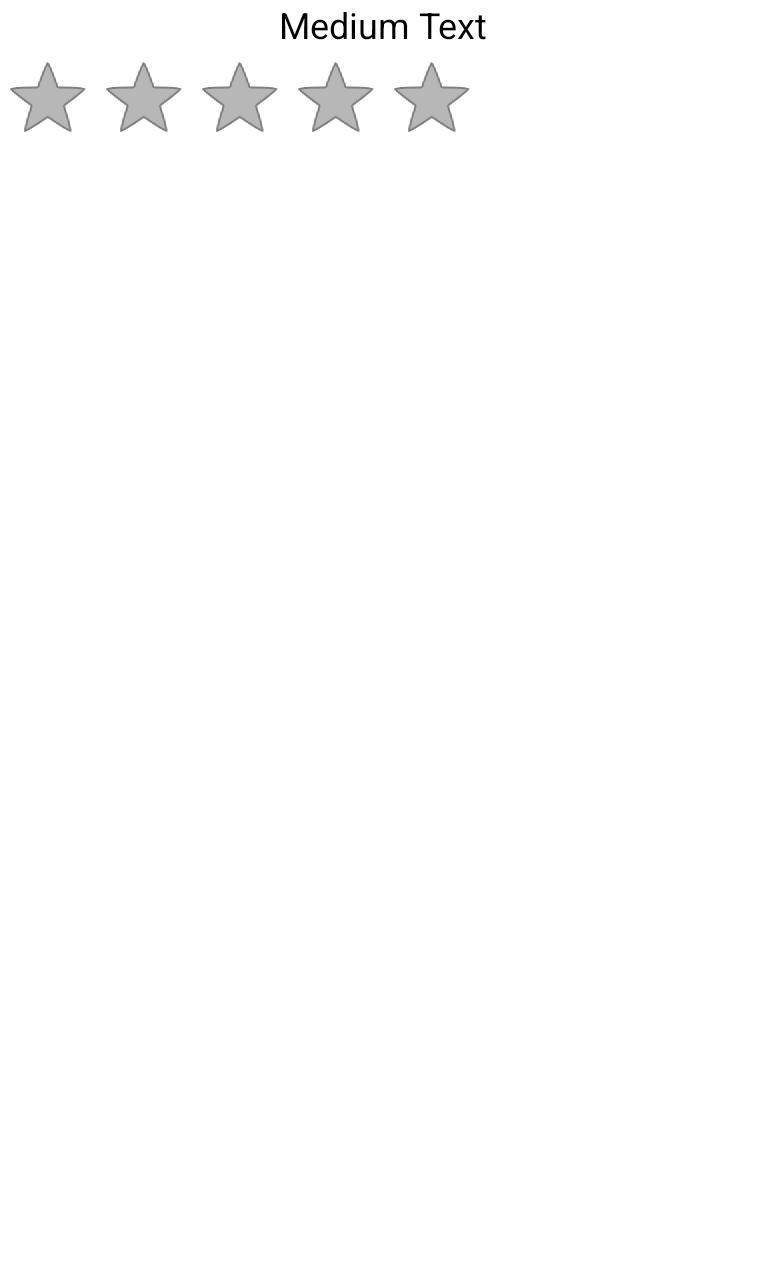
Repository: yash256/atnt
Layout: Farmdroid/res/layout/market_details.xml
The author's editor kept a copy of each file at every save. The layout is drawn from the files as they stood at one save, then again after the next save.
It is drawn on a 768 x 1280 px phone screen (xhdpi) without system bars, with theme AppTheme; the app's code is not run.

Above is the layout before, as saved 2014-10-26 20:30:44.

After the next save:
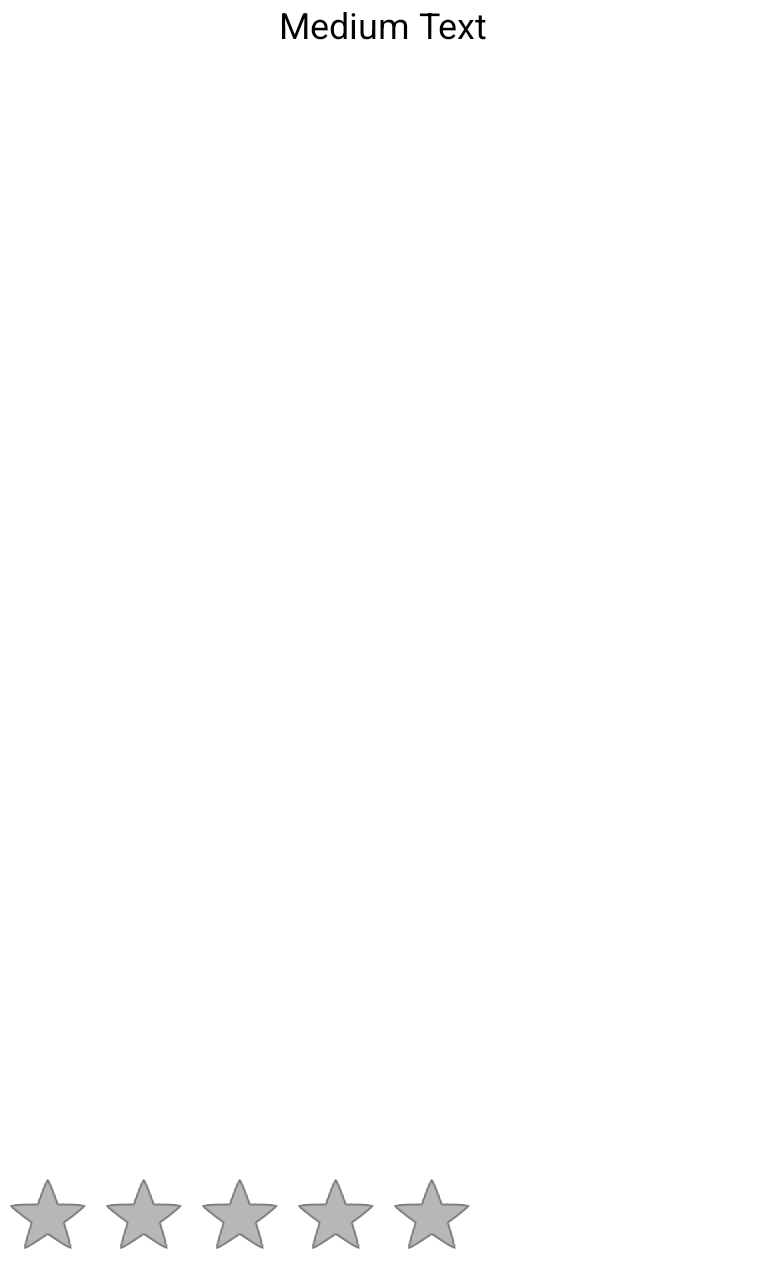
Saved 18 s later.
--- a/Farmdroid/res/layout/market_details.xml
+++ b/Farmdroid/res/layout/market_details.xml
@@ -1,8 +1,5 @@
 <?xml version="1.0" encoding="utf-8"?>
-<LinearLayout xmlns:android="http://schemas.android.com/apk/res/android"
-    android:layout_width="match_parent"
-    android:layout_height="match_parent"
-    android:orientation="vertical" >
+
 
     <GridLayout xmlns:android="http://schemas.android.com/apk/res/android"
         android:layout_width="match_parent"
@@ -28,6 +25,3 @@
         android:layout_gravity="right"/>
 
     </GridLayout>
-
-
-</LinearLayout>

After the save that followed:
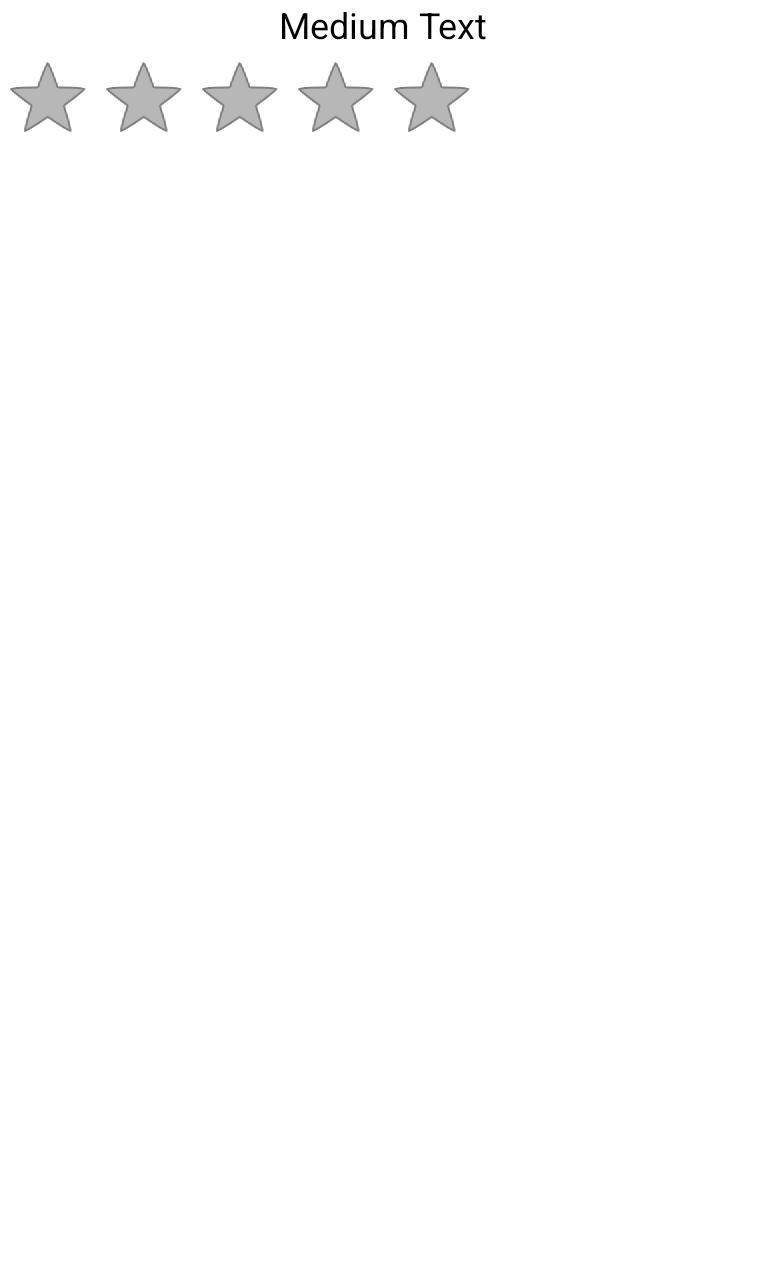
Saved 41 s later.
--- a/Farmdroid/res/layout/market_details.xml
+++ b/Farmdroid/res/layout/market_details.xml
@@ -1,7 +1,10 @@
 <?xml version="1.0" encoding="utf-8"?>
+<RelativeLayout xmlns:android="http://schemas.android.com/apk/res/android"
+    android:layout_width="match_parent"
+    android:layout_height="match_parent"
+    android:orientation="vertical" >
 
-
-    <GridLayout xmlns:android="http://schemas.android.com/apk/res/android"
+    <GridLayout
         android:layout_width="match_parent"
         android:layout_height="wrap_content"
         android:orientation="horizontal"
@@ -25,3 +28,6 @@
         android:layout_gravity="right"/>
 
     </GridLayout>
+
+
+</RelativeLayout>
